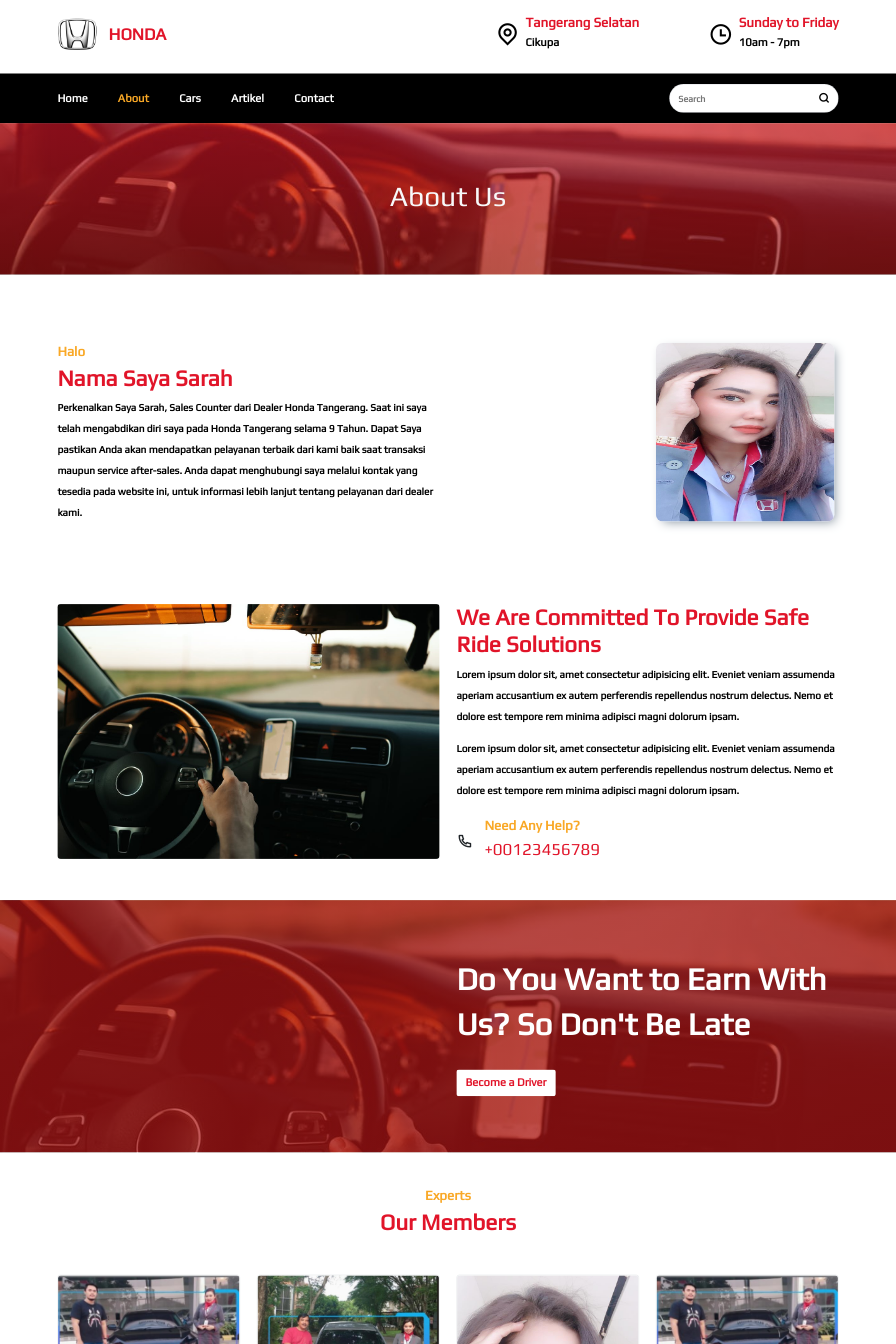
Repository: stevenxylver/Honda
Page: /about
The author's editor kept a copy of each file at every save. The page is drawn from the files as they stood at one save, then again after the next save.
The browser window is 1280 px wide. The pictures show the part of the page from y = 0 to 1920 px (the page is 2834 px tall), at 70% of full size.
Pictures or frames that could not be fetched are drawn as grey boxes. The project was rebuilt for these pictures with package versions that can differ from the ones it lists, and the page was loaded fresh each time. Also part of the build but not shown: src/styles/hero-slider.css, src/components/UI/HeroSlider.jsx, src/components/UI/FindCarForm.jsx, src/styles/services-list.css, src/assets/data/serviceData.js, src/components/UI/ServicesList.jsx, src/components/UI/Example.jsx, src/assets/data/carData.js and 20 more.

Above is the page before, as saved 2022-11-20 10:16:28.

### src/index.css
/* ======== google fonts ======== */
@import url("https://fonts.googleapis.com/css2?family=Source+Sans+Pro:wght@200;300;400;600;700;900&display=swap");
@import url('https://fonts.googleapis.com/css2?family=Play&display=swap');
/* ======= base style ====== */
* {
  margin: 0;
  padding: 0;
  box-sizing: border-box;
  /* font-family: "Source Sans Pro", sans-serif; */
  font-family: 'Play', sans-serif;

}

/* ========= pre-define css ========= */
h1,
h2,
h3,
h4,
h5,
h6 {
  color: #E11429;
  font-weight: 600;
  margin-bottom: 0;
}

h3,
h4 {
  font-size: 1.6rem;
}

h5,
h6 {
  font-size: 1.2rem;
}

a {
  text-decoration: none;
  color: unset;
}

a:hover {
  color: unset;
}

ul {
  margin: 0;
  list-style: none;
}

.section__title {
  color: #E11429;
  font-weight: 600;
  font-size: 2rem;
}

.section__subtitle {
  color: #f9a826;
  font-weight: 600;
  font-size: 1.2rem;
}

.section__description {
  color: #000;
  font-size: 0.9rem;
  line-height: 30px;
  font-weight: 600;
}

section {
  padding: 50px 0px;
}

.btn {
  padding: 7px 15px;
  background: #E11429;
  color: #fff;
  border: none;
  outline: none;
  border-radius: 5px;
  transition: 0.3s;
}

.btn:hover {
  color: #fff !important;
  background: #E11429;
}

@media only screen and (max-width: 768px) {
  section {
    padding: 30px 0px;
  }

  .section__title {
    font-size: 1.6rem;
  }

  .section__subtitle {
    font-size: 1.1rem;
  }
}

### src/components/Header/Header.jsx
import React, { useRef } from "react";

import { Container, Row, Col } from "reactstrap";
import { Link, NavLink } from "react-router-dom";
import "../../styles/header.css";
import honda from "../../assets/all-images/honda.png";

const navLinks = [
  {
    path: "/home",
    display: "Home",
  },
  {
    path: "/about",
    display: "About",
  },
  {
    path: "/cars",
    display: "Cars",
  },

  {
    path: "/blogs",
    display: "Artikel",
  },
  {
    path: "/contact",
    display: "Contact",
  },
];

const Header = () => {
  const menuRef = useRef(null);

  const toggleMenu = () => menuRef.current.classList.toggle("menu__active");

  return (
    <header className="header">

      {/* =============== header middle =========== */}
      <div className="header__middle">
        <Container>
          <Row>
            <Col lg="4" md="3" sm="4">
              <div className="logo">
                <h1>
                  <Link to="/home" className=" d-flex align-items-center gap-2">
                    <img className="honda" src={honda} alt="" />
                    <i></i>
                    <span>HONDA
                     <br/>
                    </span>
                  </Link>
                </h1>
              </div>
            </Col>

            <Col lg="5" md="3" sm="4">
              <div className="header__location d-flex align-items-center justify-content-end gap-2">
                <span>
                  <i class="ri-map-pin-line"></i>
                </span>
                <div className="header__location-content">
                  <h4>Tangerang Selatan</h4>
                  <h6>Cikupa</h6>
                </div>
              </div>
            </Col>

            <Col lg="3" md="3" sm="4">
              <div className="header__location d-flex align-items-center justify-content-end gap-2">
                <span>
                  <i class="ri-time-line"></i>
                </span>
                <div className="header__location-content">
                  <h4>Sunday to Friday</h4>
                  <h6>10am - 7pm</h6>
                </div>
              </div>
            </Col>

            {/* <Col
              lg="2"
              md="3"
              sm="0"
              className=" d-flex align-items-center justify-content-end "
            >
              <button className="header__btn btn">
                <Link to="/contact">
                  <i class="ri-whatsapp-line"></i>0812-1222-3099
                </Link>
              </button>
            </Col> */}
          </Row>
        </Container>
      </div>

      {/* ========== main navigation =========== */}

      <div className="main__navbar">
        <Container>
          <div className="navigation__wrapper d-flex align-items-center justify-content-between">
            <span className="mobile__menu">
              <i class="ri-menu-line" onClick={toggleMenu}></i>
            </span>

            <div className="navigation" ref={menuRef} onClick={toggleMenu}>
              <div className="menu">
                {navLinks.map((item, index) => (
                  <NavLink
                    to={item.path}
                    className={(navClass) =>
                      navClass.isActive ? "nav__active nav__item" : "nav__item"
                    }
                    key={index}
                  >
                    {item.display}
                  </NavLink>
                ))}
              </div>
            </div>
            <div className="nav__right">
              <div className="search__box">
                <input type="text" placeholder="Search" />
                <span>
                  <i class="ri-search-line"></i>
                </span>
              </div>
            </div>

          </div>
        </Container>
      </div>
    </header>
  );
};

export default Header;

### src/styles/footer.css
.footer {
  background: #000000;
  padding-top: 50px;
  padding-bottom: 15px;
}

.footer__logo i {
  color: #fff;
  font-weight: 400;
}

.footer__logo span {
  color: #fff;
  font-weight: 500;
}

.footer__logo-content {
  color: rgba(255, 255, 255, 0.715);
  margin-top: 15px;
  line-height: 30px;
}

.quick__link {
  border: none !important;
  background: transparent !important;
}

.quick__link a {
  color: rgba(255, 255, 255, 0.715);
  text-decoration: none;
  font-weight: 300;
  transition: 0.3s;
}

.quick__link a:hover {
  color: #f9a826;
}

.footer__link-title {
  color: #fff;
}

.office__info {
  color: rgba(255, 255, 255, 0.715);
  font-weight: 300;
}

.newsletter {
  display: flex;
  align-items: center;
  justify-content: space-between;
  padding: 8px 12px;
  border: 1px solid #7c8a972f;
  border-radius: 50px;
  background: #020a4de9;
}

.newsletter input {
  background: transparent;
  color: #fff;
  border: none;
  outline: none;
}

.newsletter span i {
  color: #fff;
}

.footer__bottom {
  border-top: 1px solid #7c8a972f;
}

@media only screen and (max-width: 768px) {
  .footer__logo-content {
    font-size: 0.8rem;
  }

  .quick__link,
  .office__info {
    font-size: 0.8rem;
    line-height: 1.5rem;
  }

  .footer__link-title {
    font-size: 1rem;
    margin-top: 15px;
  }

  .footer__bottom p {
    font-size: 0.7rem;
  }


}

### src/pages/About.jsx
import React from "react";

import CommonSection from "../components/UI/CommonSection";
import Helmet from "../components/Helmet/Helmet";
import AboutSection from "../components/UI/AboutSection";
import { Container, Row, Col } from "reactstrap";
import BecomeDriverSection from "../components/UI/BecomeDriverSection";

import driveImg from "../assets/all-images/drive.jpg";
import OurMembers from "../components/UI/OurMembers";
import "../styles/about.css";

const About = () => {
  return (
    <Helmet title="About">
      <CommonSection title="About Us" />
      <AboutSection aboutClass="aboutPage" />

      <section className="about__page-section">
        <Container>
          <Row>
            <Col lg="6" md="6" sm="12">
              <div className="about__page-img">
                <img src={driveImg} alt="" className="w-100 rounded-3" />
              </div>
            </Col>

            <Col lg="6" md="6" sm="12">
              <div className="about__page-content">
                <h2 className="section__title">
                  We Are Committed To Provide Safe Ride Solutions
                </h2>

                <p className="section__description">
                  Lorem ipsum dolor sit, amet consectetur adipisicing elit.
                  Eveniet veniam assumenda aperiam accusantium ex autem
                  perferendis repellendus nostrum delectus. Nemo et dolore est
                  tempore rem minima adipisci magni dolorum ipsam.
                </p>

                <p className="section__description">
                  Lorem ipsum dolor sit, amet consectetur adipisicing elit.
                  Eveniet veniam assumenda aperiam accusantium ex autem
                  perferendis repellendus nostrum delectus. Nemo et dolore est
                  tempore rem minima adipisci magni dolorum ipsam.
                </p>

                <div className=" d-flex align-items-center gap-3 mt-4">
                  <span className="fs-4">
                    <i class="ri-phone-line"></i>
                  </span>

                  <div>
                    <h6 className="section__subtitle">Need Any Help?</h6>
                    <h4>+00123456789</h4>
                  </div>
                </div>
              </div>
            </Col>
          </Row>
        </Container>
      </section>

      <BecomeDriverSection />

      <section>
        <Container>
          <Row>
            <Col lg="12" className="mb-5 text-center">
              <h6 className="section__subtitle">Experts</h6>
              <h2 className="section__title">Our Members</h2>
            </Col>
            <OurMembers />
          </Row>
        </Container>
      </section>
    </Helmet>
  );
};

export default About;

### src/components/UI/AboutSection.jsx
import React from "react";
import { Container, Row, Col } from "reactstrap";
import "../../styles/about-section.css";
import aboutImg from "../../assets/all-images/ava-3.jpg";

const AboutSection = ({ aboutClass }) => {
  return (
    <section
      className="about__section"
      style={
        aboutClass === "aboutPage"
          ? { marginTop: "0px" }
          : { marginTop: "280px" }
      }
    >
      <Container>
        <Row>
          <Col lg="6" md="6">
            <div className="about__section-content">
              <h4 className="section__subtitle">Halo</h4>
              <h2 className="section__title">Nama Saya Sarah</h2>
              <p className="section__description">
              Perkenalkan Saya Sarah, Sales Counter dari Dealer Honda Tangerang. Saat ini saya telah mengabdikan diri saya pada Honda Tangerang selama 9 Tahun. Dapat Saya pastikan Anda akan mendapatkan pelayanan terbaik dari kami baik saat transaksi maupun service after-sales. Anda dapat menghubungi saya melalui kontak yang tesedia pada website ini, untuk informasi lebih lanjut tentang pelayanan dari dealer kami.
              </p>


            </div>
          {/* </Col>
          <Col lg="3" md="6"> */}

          </Col>

          <Col md={{
        offset: 3,
        size: 3
      }}>
            <div className="about__img">
              <img src={aboutImg} alt="" className="about"/>
            </div>
          </Col>
        </Row>
      </Container>
    </section>
  );
};

export default AboutSection;

### src/components/UI/BecomeDriverSection.jsx
import React from "react";
import "../../styles/become-driver.css";
import { Container, Row, Col } from "reactstrap";

// import driverImg from "../../assets/all-images/toyota-offer-2.png";

const BecomeDriverSection = () => {
  return (
    <section className="become__driver">
      <Container>
        <Row>
          <Col lg="6" md="6" sm="12" className="become__driver-img">
          <iframe width="100%" height="130%"  src="https://www.youtube.com/embed/w7pgDpsCZ2E" frameborder="0"  title="YouTube video player" allowfullscreen="true"></iframe>
          </Col>


          <Col lg="6" md="6" sm="12">
            <h2 className="section__title become__driver-title">
              Do You Want to Earn With Us? So Don't Be Late
            </h2>

            <button className="btn become__driver-btn mt-4">
              Become a Driver
            </button>
          </Col>
        </Row>
      </Container>
    </section>
  );
};

export default BecomeDriverSection;

### src/components/UI/OurMembers.jsx
import React from "react";
import "../../styles/our-member.css";
import { Col } from "reactstrap";
import { Link } from "react-router-dom";
import ava01 from "../../assets/all-images/ava-1.jpg";
import ava02 from "../../assets/all-images/ava-2.jpg";
import ava03 from "../../assets/all-images/ava-3.jpg";

const OUR__MEMBERS = [
  {
    name: "Jhon Doe",
    experience: "5 years of experience",
    fbUrl: "#",
    instUrl: "#",
    twitUrl: "#",
    linkedinUrl: "#",
    imgUrl: ava01,
  },

  {
    name: "David Lisa",
    experience: "5 years of experience",
    fbUrl: "#",
    instUrl: "#",
    twitUrl: "#",
    linkedinUrl: "#",
    imgUrl: ava02,
  },

  {
    name: "Hilton King",
    experience: "5 years of experience",
    fbUrl: "#",
    instUrl: "#",
    twitUrl: "#",
    linkedinUrl: "#",
    imgUrl: ava03,
  },

  {
    name: "Jhon Doe",
    experience: "5 years of experience",
    fbUrl: "#",
    instUrl: "#",
    twitUrl: "#",
    linkedinUrl: "#",
    imgUrl: ava01,
  },
];

const OurMembers = () => {
  return (
    <>
      {OUR__MEMBERS.map((item, index) => (
        <Col lg="3" md="3" sm="4" xs="6" key={index} className="mb-4">
          <div className="single__member">
            <div className="single__member-img">
              <img src={item.imgUrl} alt="" className="w-100" />

              <div className="single__member-social">
                <Link to={item.fbUrl}>
                  <i class="ri-facebook-line"></i>
                </Link>
                <Link to={item.twitUrl}>
                  <i class="ri-twitter-line"></i>
                </Link>

                <Link to={item.linkedinUrl}>
                  <i class="ri-linkedin-line"></i>
                </Link>

                <Link to={item.instUrl}>
                  <i class="ri-instagram-line"></i>
                </Link>
              </div>
            </div>

            <h6 className="text-center mb-0 mt-3">{item.name}</h6>
            <p className="section__description text-center">
              {item.experience}
            </p>
          </div>
        </Col>
      ))}
    </>
  );
};

export default OurMembers;

### src/styles/find-car-form.css
.find__cars-left {
  /* background: linear-gradient(rgb(0, 0, 0, 0.8), rgb(0, 0,20, 0.8)),
    url("../assets/all-images/toyota-offer-2.png");
  background-position: center;
  background-repeat: no-repeat;
  background-size: cover; */
  padding: 65px 35px;
  background-color: #E11429;
  /* background: linear-gradient(rgb(225, 20, 41, 0.8), rgb(174, 18,20, 0.8)), */
}

.find__cars-left h2 {
  font-weight: 600;
  font-size: 0.875rem;
  color: #fff;
  text-align: center;
  background-color: #E11429;
}


.steer{
  height: 40px;
  width: 40px;
  align-items: center;
  color: #E11429;
}

.find__cars-left h1 {
  /* font-weight: 600; */
  font-size: 0.75rem;
  color: #fff;
  text-align: center;
  background-color: #E11429;
}

.form__group {
  width: 30%;
  margin-bottom: 0;
}

.form__group input {
  border: 1px solid #7c8a972a;
  padding: 8px 12px;

  width: 100%;
  outline: none;
}
.form__group input::placeholder {
  color: #7c8a97;
}

.section__subtitle{
  color: #000;
}

.ava1
{
  height: 285px;
  width: 500px;
  border-radius: 5px;
}

.section__subtitle{
color: #f9a826;
}
.rent__price{
  color: #000;
}

.form {
  background: #fff;
  padding-top: 55px;
  padding-bottom: 50px;
  padding-left: 15px;
  padding-right: 15px;
}

.select__group {
  width: 30%;
}

.select__group select {
  width: 100%;
  padding: 10px 15px;
  border: 1px solid #7c8a972a;
  outline: none;
  color: #7c8a97;
}

.hero__slider-section {
  position: relative;
  z-index: 10;
  margin-bottom: 200px;
}

.hero__form {
  position: absolute;
  bottom: -150px;
  z-index: 11;
  width: 100%;
}

.form__row {
  background: #E11429;
  box-shadow: 5px 5px 15px -5px #7c8a97;
  border-radius: 15px;

}

.journey__time::before {
  content: "Journey time";
  margin-right: 0.8rem;
  color: #7c8a97;
}

.find__car-btn {
  background: #E11429 !important;
  color: #fff !important;
  padding: 8px 15px;
  width: 100%;
  border: none;
  outline: none;
}

@media only screen and (max-width: 992px) {
  .find__cars-left {
    padding: 65px 22px;
  }

  .find__cars-left h2 {
    font-size: 1.5rem;
  }

  .form {
    padding: 30px 10px;
  }

  .form__group input,
  .select__group select {
    padding: 7px 10px;
    font-size: 0.8rem;
  }

  .hero__form {
    bottom: -100px;
  }
}

@media only screen and (max-width: 768px) {
  .find__cars-left {
    padding-top: 20px;
    padding-bottom: 0;
    background: #E11429;
    text-align: center;
  }

  .form {
    padding: 20px 10px;
  }
}

@media only screen and (max-width: 576px) {
  .form__group {
    width: 100%;
    margin: auto;
    margin-bottom: 15px;
  }

  .form__group input {
    font-size: 0.7rem !important;
  }

  .select__group {
    width: 100%;
    padding-right: 10px;
    font-size: 0.7rem;
  }

  .find__car-btn {
    font-size: 0.8rem;
  }

  .find__cars-left h2 {
    font-size: 1rem;
  }

  .hero__form {
    bottom: -250px;
  }
}

### src/styles/about-section.css
.about__section-item {
  column-gap: 3rem;
}

.about{
width: 255px;
height: 255px;
border-radius: 10px;
box-shadow: 5px 5px 15px -5px #7c8a97;
}


.about__section-item p i {
  color: #f9a826;
  font-size: 1.1rem;
}

@media only screen and (max-width: 992px) {
  .about__section-content h2 {
    font-size: 1.5rem;
  }
  .about__section-item {
    column-gap: 3rem;
  }
  .about__section-item p {
    font-size: 0.6rem;
    margin-bottom: 0;
  }

  .section__description i {
    font-size: 0.8rem !important;
  }
}

@media only screen and (max-width: 768px) {
  .about__img {
    margin-top: 30px;
  }
}

@media only screen and (max-width: 576px) {
  .about__section {
    margin-top: 280px;
  }
}

### src/styles/become-driver.css
.become__driver {
  background: linear-gradient(rgb(174, 18,20, 0.7), rgb(174, 18,20, 0.7)),
    url("../assets/all-images/drive.jpg");
  background-position: center;
  background-repeat: no-repeat;
  background-size: cover;
  padding: 80px 0px;
}

.become__driver button {
  background: #fff;
  color: #E11429;
  font-weight: 600;
}

.become__driver-title {
  font-size: 2.8rem;
  color: #fff;
  line-height: 65px;
}

@media only screen and (max-width: 992px) {
  .become__driver-title {
    font-size: 1.5rem;
    line-height: 3rem;
  }
}

@media only screen and (max-width: 768px) {
  .become__driver {
    padding: 50px 0px;
  }

  .become__driver-title {
    font-size: 1.3rem;
    line-height: 2.5rem;
  }

  .become__driver-btn {
    font-size: 0.8rem !important;
  }
}

@media only screen and (max-width: 576px) {
  .become__driver-img {
    display: none;
  }
  .become__driver {
    text-align: center;
  }
}

### src/styles/common-section.css
.common__section {
  background: linear-gradient(rgb(225, 20, 41, 0.6), rgb(174, 18,20, 0.6)),
    url("../assets/all-images/drive.jpg");
  background-position: center;
  background-size: cover;
  background-repeat: no-repeat;
  padding: 80px 0px;
}

### src/styles/our-member.css
.single__member {
  border: 1px solid #7c8a972d;
  border-radius: 4px;
}

.single__member-social {
  display: flex;
  align-items: center;
  justify-content: center;
  column-gap: 0.5rem;
  position: absolute;
  top: -100%;
  left: 50%;
  width: 100%;
  height: 100%;
  background: rgb(225, 20, 41, 0.6);
  transform: translateX(-50%);
  border-radius: 4px;
  transition: 0.5s ease;
  opacity: 0;
}

.single__member-social a i {
  width: 28px;
  height: 28px;
  color: #E11429;
  display: flex;
  align-items: center;
  justify-content: center;
  background: #fff;
  border-radius: 50%;
  font-size: 0.9rem;
  font-weight: 600;
}

.single__member-social a {
  text-decoration: none;
  cursor: pointer;
}

.single__member-img {
  position: relative;
  cursor: pointer;
}

.single__member-img img {
  border-radius: 4px;
}

.single__member-img:hover .single__member-social {
  top: 0;
  opacity: 1;
}

Loaded but not shown: public/index.html (common file); src/index.js (common file); src/App.js (common file); src/components/Layout/Layout.jsx (common file); src/components/Helmet/Helmet.js (common file); src/components/UI/CommonSection.jsx (common file); src/styles/about.css (common file); src/routers/Routers.js (28 lines, source omitted); src/components/Footer/Footer.jsx (111 lines, source omitted); src/styles/header.css (232 lines, source omitted)

After the next save:
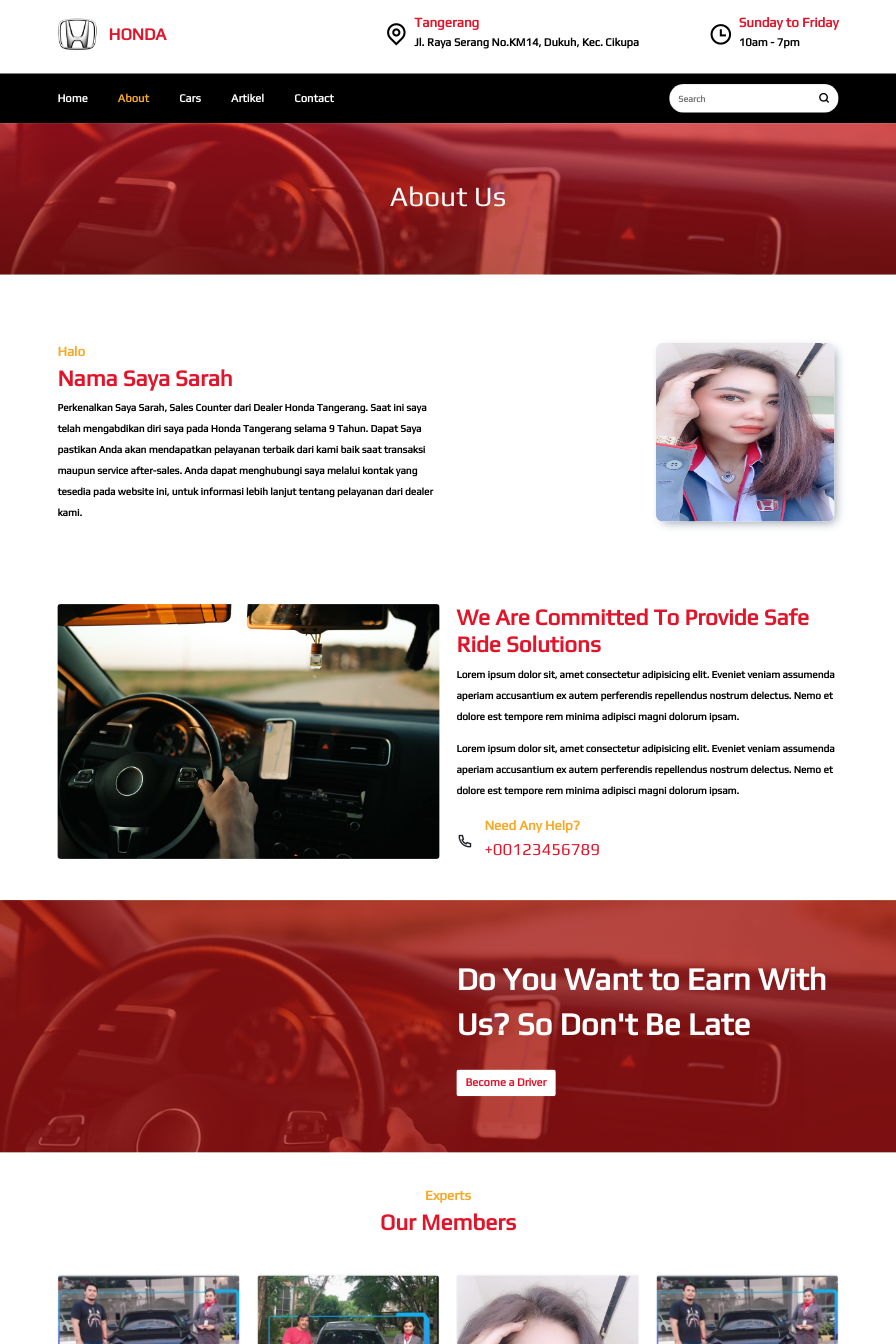
Saved 46 min 39 s later.
--- a/src/components/Header/Header.jsx
+++ b/src/components/Header/Header.jsx
@@ -61,8 +61,8 @@
                   <i class="ri-map-pin-line"></i>
                 </span>
                 <div className="header__location-content">
-                  <h4>Tangerang Selatan</h4>
-                  <h6>Cikupa</h6>
+                  <h4>Tangerang</h4>
+                  <h6>Jl. Raya Serang No.KM14, Dukuh, Kec. Cikupa</h6>
                 </div>
               </div>
             </Col>
